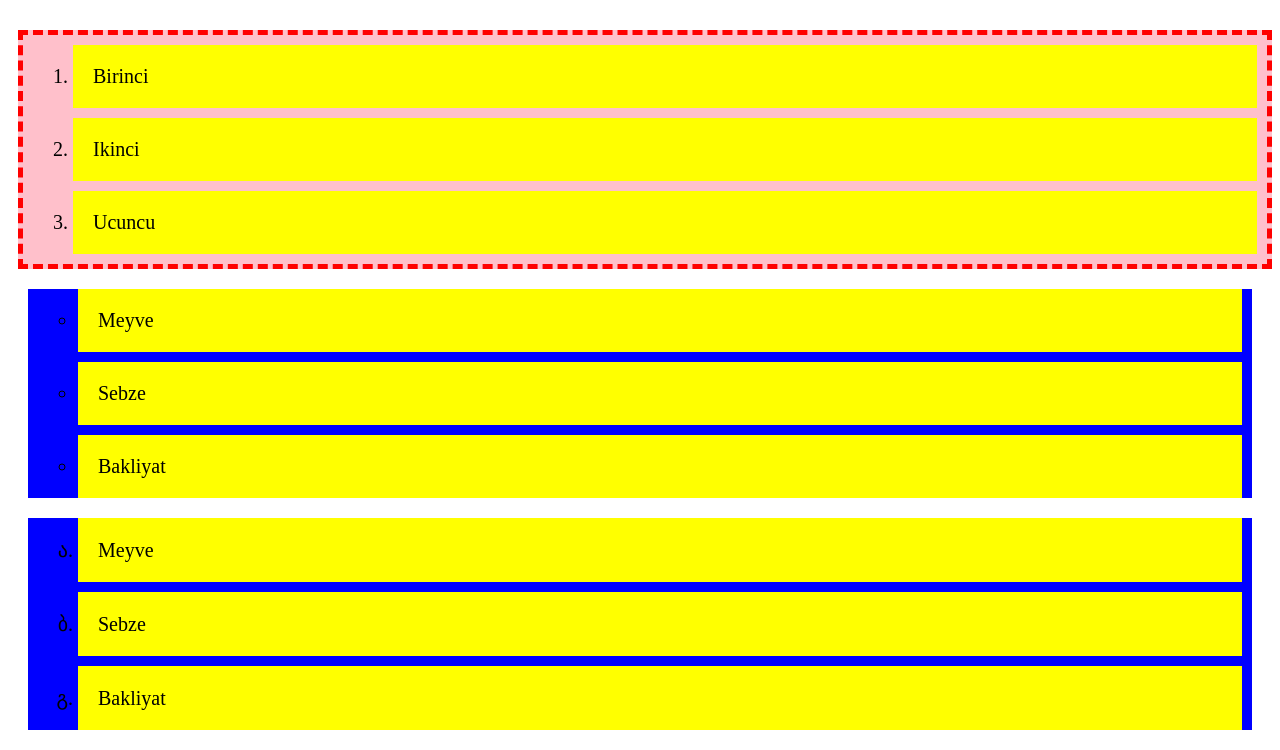
Repository: Kubraaygun/Html_Css_Login
Page: index.html
The author's editor kept a copy of each file at every save. The page is drawn from the files as they stood at one save, then again after the next save.
The browser window is 1280 px wide. The pictures show the whole page.

Above is the page before, as saved 2025-03-05 17:17:37.

After the next save:
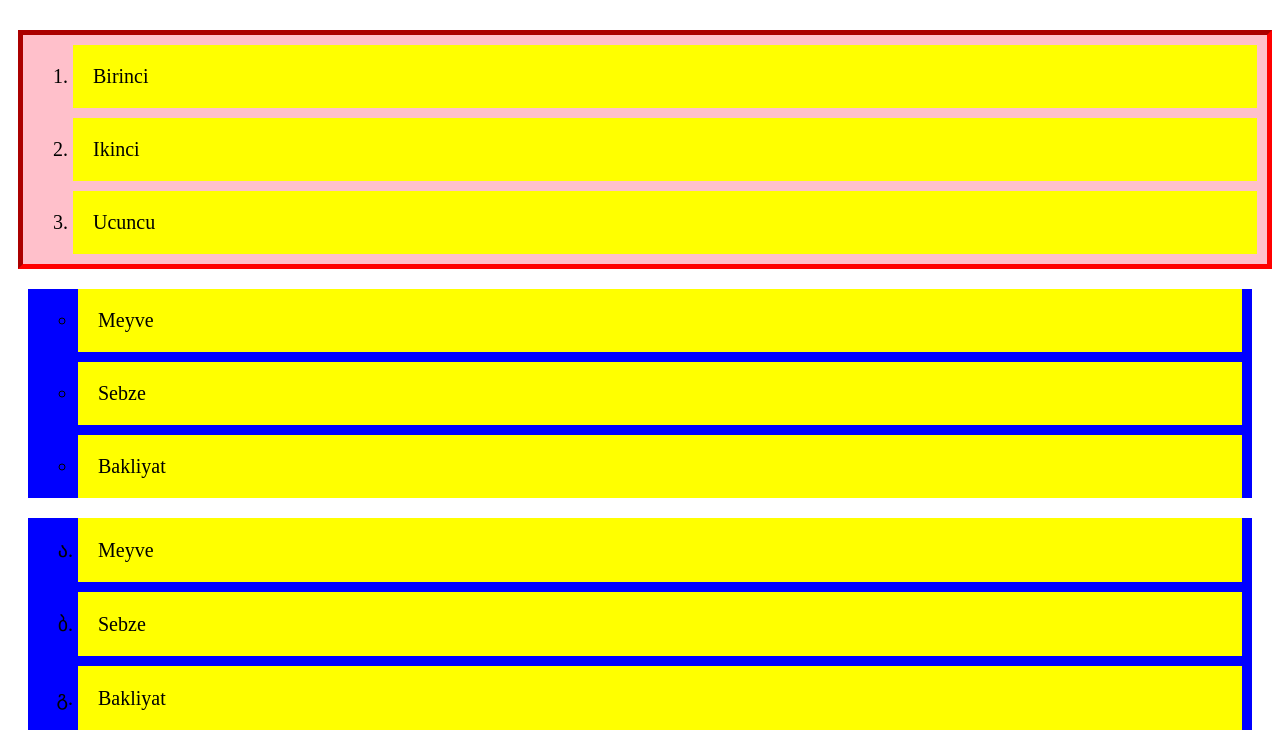
Saved 10 s later.
--- a/style.css
+++ b/style.css
@@ -14,7 +14,7 @@ body {
 ol {
   background-color: pink;
   margin: 30px 0 20px 10px;
-  border: 5px dashed red;
+  border: 5px inset red;
 }
 
 ul {
